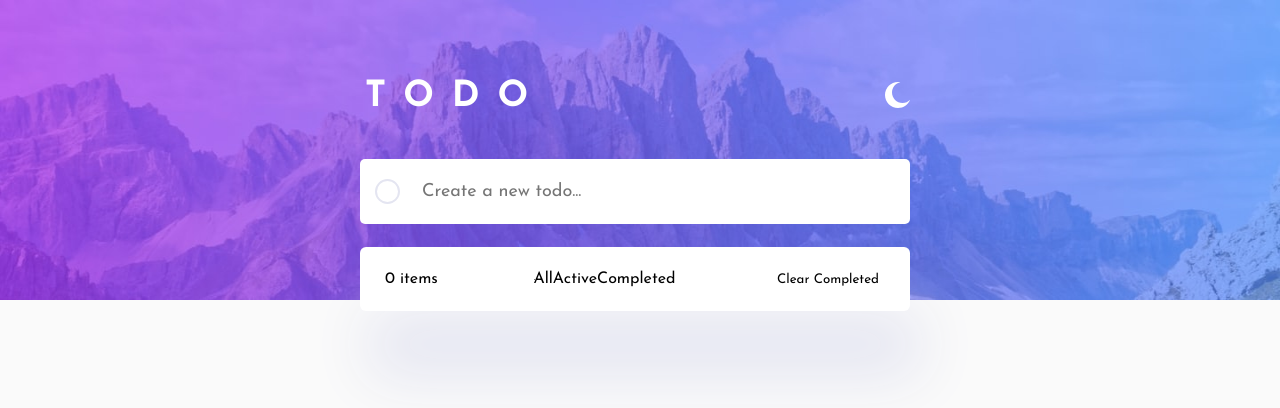
Repository: Haviles04/todoapp
Page: /
The author's editor kept a copy of each file at every save. The page is drawn from the files as they stood at one save, then again after the next save.
The browser window is 1280 px wide. The pictures show the whole page.
The project was rebuilt for these pictures with package versions that can differ from the ones it lists, and the page was loaded fresh each time.

Above is the page before, as saved 2022-10-22 09:22:50.

### public/index.html
<!DOCTYPE html>
<html lang="en">
  <head>
    <meta charset="utf-8" />
    <meta name="viewport" content="width=device-width, initial-scale=1" />
    <meta name="theme-color" content="#000000" />
    <meta
      name="description"
      content="Web site created using create-react-app"
    />

    <title>Todo App</title>
  </head>
  <body>

    <div id="root"></div>

  </body>
</html>

### src/App.js
import React, { useState } from "react";
import "./App.css";
import TaskForm from "./components/taskForm/TaskForm";
import TaskList from "./components/taskList/TaskList";
import Header from "./components/header/Header";

let todoNumber = 0;

function App() {
  const [todo, setTodo] = useState("");
  const [todoList, setTodoList] = useState([]);

  function onChange(e) {
    setTodo(e.target.value);
  }

  function handleClick(e) {
    e.preventDefault();

    const newTodo = {
      text: todo,
      complete: false,
      id: (todoNumber += 1),
    };

    setTodo("");
    setTodoList([...todoList].concat(newTodo));
    document.getElementById("taskInput").value = "";
  }

  console.log(todoList);

  return (
    <div className="App">
      <Header />
      <TaskForm onChange={onChange} handleClick={handleClick} todo={todo} />
      <TaskList todoList={todoList} />
    </div>
  );
}

export default App;

### src/App.css
@import url('https://fonts.googleapis.com/css2?family=Josefin+Sans:wght@400;700&display=swap');


body, html{
    width: 100vw;
    height: auto;
    margin: 0;
    font-family: 'Josefin Sans', sans-serif;
    font-size: 18px;
    display: flex;
    justify-content: center;
    background-image: url('./assests/bg-desktop-light.jpg');
    background-repeat: no-repeat;
    background-size: 100% 300px;
    background-color: hsl(0, 0%, 98%);
}

.circleBtn{
    width:25px;
    height: 25px;
    border-radius: 50%;
    border:2px solid hsl(236, 33%, 92%);
    background-color: transparent;
    margin-left: 15px;
}

.circleBtn:hover{
    cursor: pointer;
    background:linear-gradient(hsl(192, 100%, 67%), hsl(280, 87%, 65%));
}

### src/components/taskForm/TaskForm.jsx
import React from "react";
import "./taskForm.css";

function TaskForm(props) {
  return (
    <div className="inputContainer">
      <form onSubmit={props.handleClick}>
        <button id="taskBtn" className="circleBtn" type="submit"></button>
        <input
          id="taskInput"
          className="taskInput"
          type="text"
          placeholder="Create a new todo..."
          onChange={props.onChange}
        ></input>
      </form>
    </div>
  );
}

export default TaskForm;

### src/components/taskList/TaskList.jsx
import React from "react";
import "./taskList.css";

function TaskList(props) {
  function completeTask(id) {
    props.todoList.map((todo) => {
      if (todo.id === id) {
        todo.complete = !todo.complete;
      }
      return props.todoList;
    });
  }

function pluralize(){
  if(props.todoList.length > 1 || props.todoList.length < 1){
    return `${props.todoList.length} items`;
  } else {
    return `${props.todoList.length} item`;
  }
}


  return (
    <div className="taskDisplay">
      {props.todoList.map((todo) => (
        <div key={todo.id} className="todoList">
          <label>
            <input
              type="checkbox"
              display="hidden"
              name={`checkID${todo.id}`}
              onClick={() => completeTask(todo.id)}
              className="checkComplete"
            ></input>
            <span className="checkboxSpan"/>
            <span className="todoText">{todo.text}</span>
          </label>
        </div>
      ))}

    <div className="completedActiveOptions">
      <span className="todoCount">{pluralize()}</span>
      <form>
        <input id="all" type="radio" name="completeActiveAll" className="completeActiveAll" />
        <label className="todoStatusLabel" for="all">All</label>
        <input id="active" type="radio" name="completeActiveAll" className="completeActiveAll" />
        <label className="todoStatusLabel" for="active">Active</label>
        <input id="completed" type="radio" name="completeActiveAll" className="completeActiveAll" />
        <label className="todoStatusLabel" for="completed">Completed</label>
      </form>
      <button className="clearComplete">Clear Completed</button>




    </div>
    </div>
  );
}

export default TaskList;

### src/components/header/Header.jsx
import React from 'react'
import './header.css'


function Header() {
  return (
    <div id="header" className='header'>

        <h1>TODO</h1>
        <button className='modeToggle'></button>

    </div>
  )
}

export default Header

### src/components/taskForm/taskForm.css
.inputContainer{
    height: 65px;
    width: 550px;
    background-color: white;
    border-radius: 5px;
    display: flex;
    justify-content: space-between;
    align-items: center;
    margin-top: 15px;
}

form{
    display:flex;
    align-items: center;
}

.taskInput{
    width: 450px;
    height: 30px;
    margin-left: 20px;
    font-family: 'Josefin Sans', sans-serif;
    border: 0;
    outline: none;
    font-size: 18px;
}

### src/components/taskList/taskList.css
.taskDisplay {
  margin-top: 23px;
  width: 550px;
  height: auto;
  background-color: white;
  border-radius: 6px;
  box-shadow: 10px 65px 60px hsl(236, 33%, 92%);
}

.todoList {
  width: 450px;
  height: 64px;
  display: flex;
  align-items: center;
  font-family: "Josefin Sans", sans-serif;
  border: 0;
  outline: none;
  font-size: 18px;
  box-sizing: border-box;
  border-bottom: 1px solid hsl(236, 33%, 92%);
}

.checkComplete {
  position: absolute;
  width: 1px;
  height: 1px;
  margin: -1px;
}

.taskDisplay label {
  display: flex;
  align-items: center;
  gap: 8px;
}

.checkComplete:checked + .todoText {
  text-decoration: line-through;
  color: hsl(0, 0%, 98%);
}

.checkComplete:checked + .checkboxSpan {
  background-repeat: no-repeat;
  background-image: url(../../assests/icon-check.svg),
    linear-gradient(hsl(192, 100%, 67%), hsl(280, 87%, 65%));
  background-position: center;
}

.checkboxSpan {
  display: inline-block;
  height: 20px;
  width: 20px;
  border-radius: 50%;
  border: 2px solid hsl(236, 33%, 92%);
  margin-left: 15px;
  margin-right: 15px;
}


.completedActiveOptions{
    height: 64px;
    display: flex;
    align-items: center;
    justify-content: space-between;
    font-size: 16px;
}

.todoCount {
    margin-left: 25px;
}

.completeActiveAll{
    position: absolute;
    width: 1px;
    height: 1px;
    margin: 1px;
}

.todoStatusLabel{
    gap: 10px;
}

.todoStatusLabel:hover{
    color: hsl(220, 98%, 61%);
    cursor: pointer;
}

.clearComplete{
    background-color: transparent;
    border: none;
    font-family:"Josefin Sans", sans-serif; ;
    margin-right:25px;
}

.clearComplete:hover{
    cursor: pointer;
}

### src/components/header/header.css
.header{
    padding: 5px;
    width: 550px;
    margin-top: 50px;
    display: flex;
    justify-content: space-between;
    align-items: center;
}

.modeToggle{
    background-image: url('../../assests/icon-moon.svg');
    height: 30px;
    width: 30px;
    border: none;
    background-color: transparent;
    background-repeat: no-repeat;
}

.modeToggle:hover{
    cursor: pointer;
}

.header h1{
    color: white;
    letter-spacing: 1rem;
}

Loaded but not shown: src/index.js (common file)

After the next save:
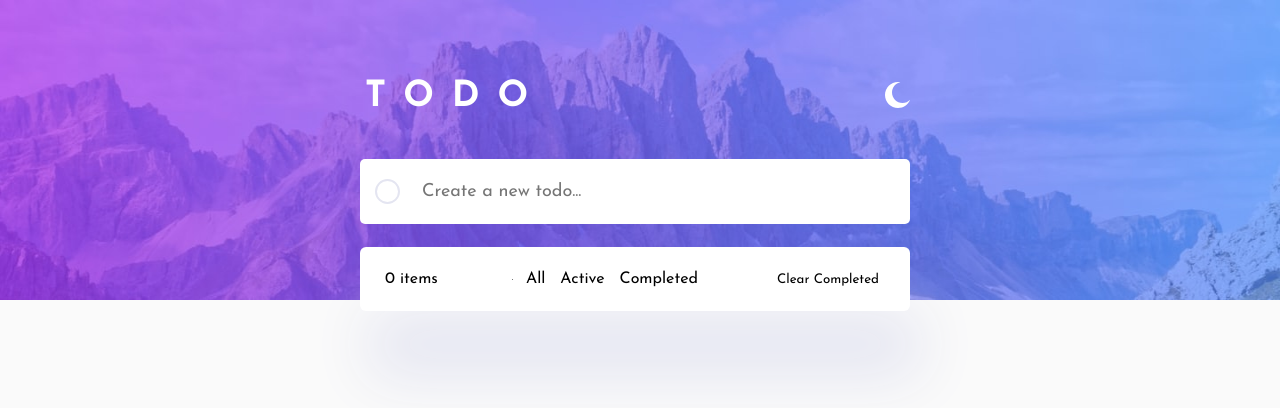
Saved 9 s later.
--- a/src/components/taskList/taskList.css
+++ b/src/components/taskList/taskList.css
@@ -76,7 +76,7 @@
 }
 
 .todoStatusLabel{
-    gap: 10px;
+    margin-left: 15px;
 }
 
 .todoStatusLabel:hover{
